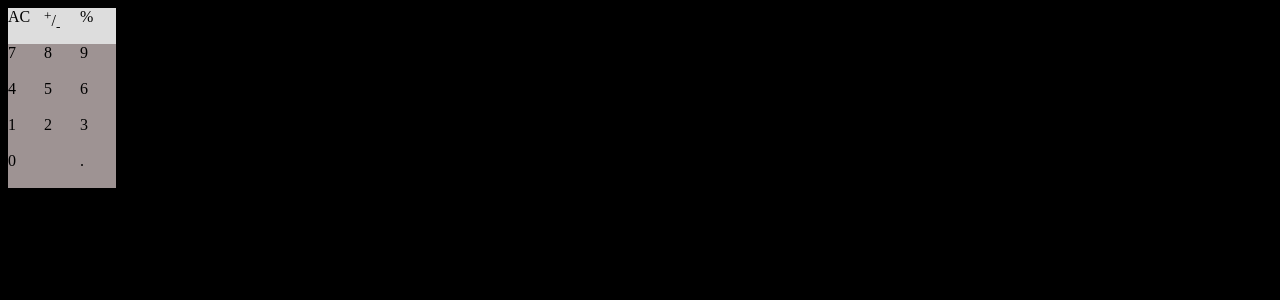
Repository: bombiux/calculadoraJS
Page: index.html
The author's editor kept a copy of each file at every save. The page is drawn from the files as they stood at one save, then again after the next save.
The browser window is 1280 px wide. The pictures show the whole page.

Above is the page before, as saved 2020-08-08 18:23:20.

### index.html
<!DOCTYPE html>
<html lang="en">
<head>
    <meta charset="UTF-8">
    <meta name="viewport" content="width=device-width, initial-scale=1.0">
    <title>Document</title>
    <link rel="stylesheet" href="style.css">
</head>
<body>
    <div class="calculator">
        <div>
            <div class="special">AC</div>
            <div class="special"><sup>+</sup>/<sub>-</sub></div>
            <div class="special">%</div>
            <div class="operator">/</div>
        </div>
        <div>
            <div class="numbers">7</div>
            <div class="numbers">8</div>
            <div class="numbers">9</div>
            <div class="operator">x</div>
        </div>
        <div>
            <div class="numbers">4</div>
            <div class="numbers">5</div>
            <div class="numbers">6</div>
            <div class="operator">-</div>
        </div>
        <div>
            <div class="numbers">1</div>
            <div class="numbers">2</div>
            <div class="numbers">3</div>
            <div class="operator">+</div>
        </div>
        <div>
            <div class="numbers cero">0</div>
            <div class="numbers">.</div>
            <div class="operator">=</div>
        </div>
    </div>
</body>
</html>

### style.css
body {
    background: black;
}

.calculator {
    display: flex;
    flex-direction: column;
}

.calculator > div {
    display: flex;
}

.calculator > div > div {
    width: 5vh;
    height: 5vh;
}

.calculator > div > .cero {
    width: 10vh
}

.special {
    background-color: rgb(221, 221, 221)
}

.numbers {
    background-color: rgb(158, 147, 147)
}

After the next save:
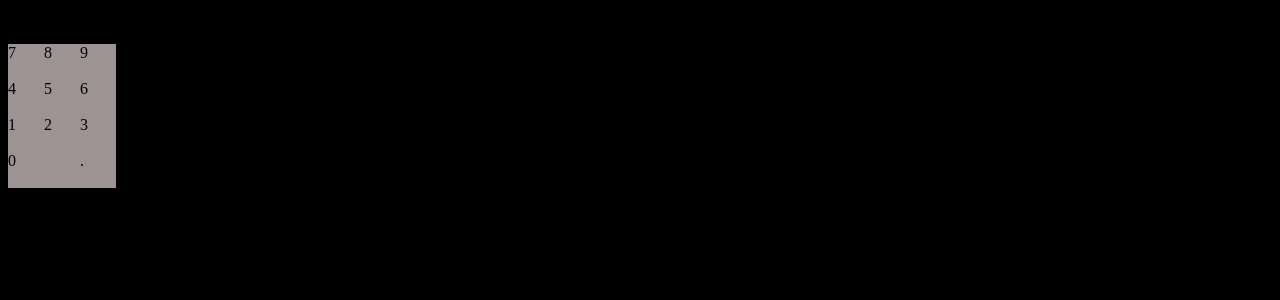
Saved 15 s later.
--- a/style.css
+++ b/style.css
@@ -21,7 +21,7 @@
 }
 
 .special {
-    background-color: rgb(221, 221, 221)
+    background-color: black
 }
 
 .numbers {

After the save that followed:
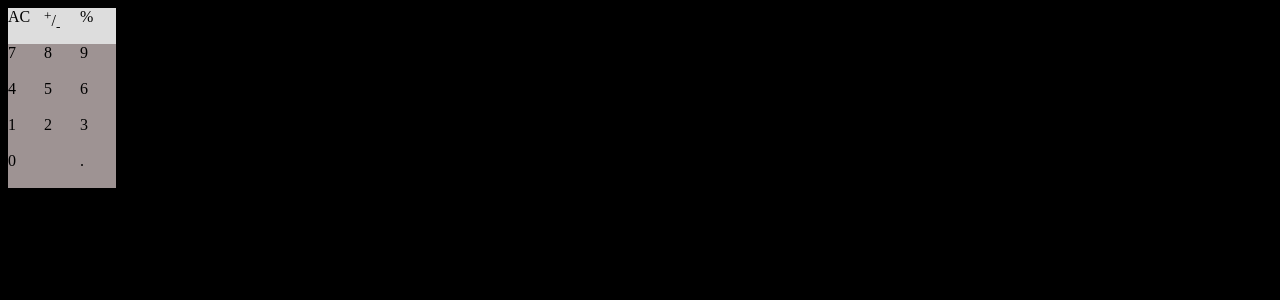
Saved 14 s later.
--- a/style.css
+++ b/style.css
@@ -21,7 +21,7 @@
 }
 
 .special {
-    background-color: black
+    background-color: rgb(221, 221, 221)
 }
 
 .numbers {
